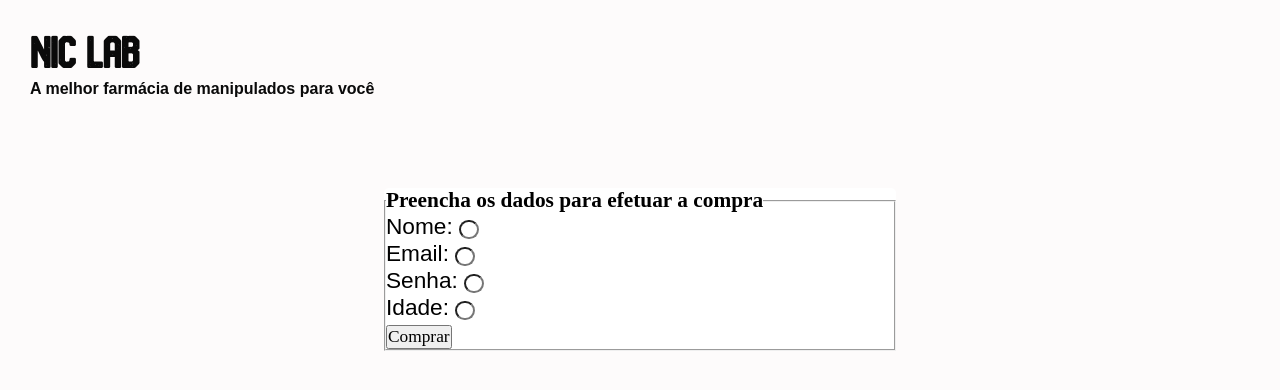
Repository: Leonngc/Lab
Page: comprar.html
An editor plug-in stored every save of this project. The page is shown before and after the next save, followed by the edit.
The browser window is 1280 px wide. The pictures show the whole page.

Above is the page before, as saved 2022-12-30 12:28:02.

After the next save:
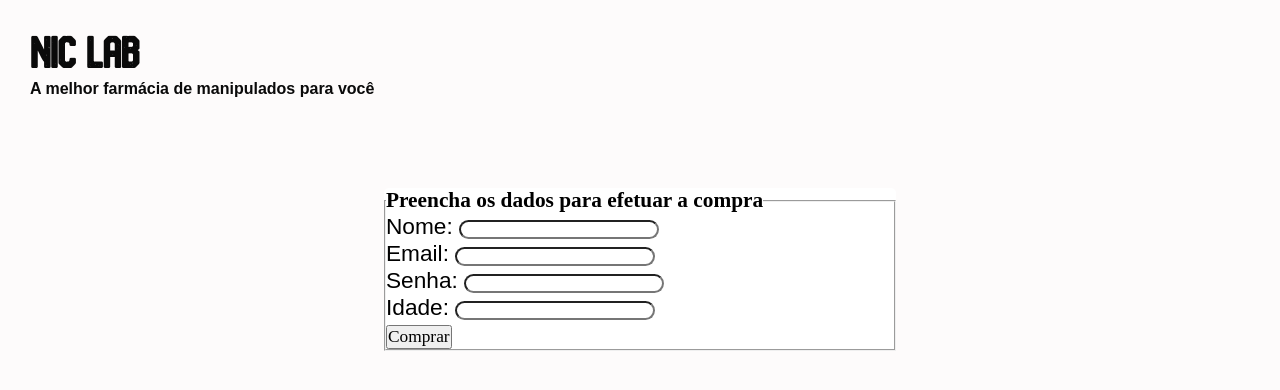
Saved 5 s later.
--- a/styles/pag-compra.css
+++ b/styles/pag-compra.css
@@ -57,5 +57,5 @@ input#nome{
 
 .dados{
     border-radius: 12px;
-    width: 20px;
+    width: 200px;
 }
